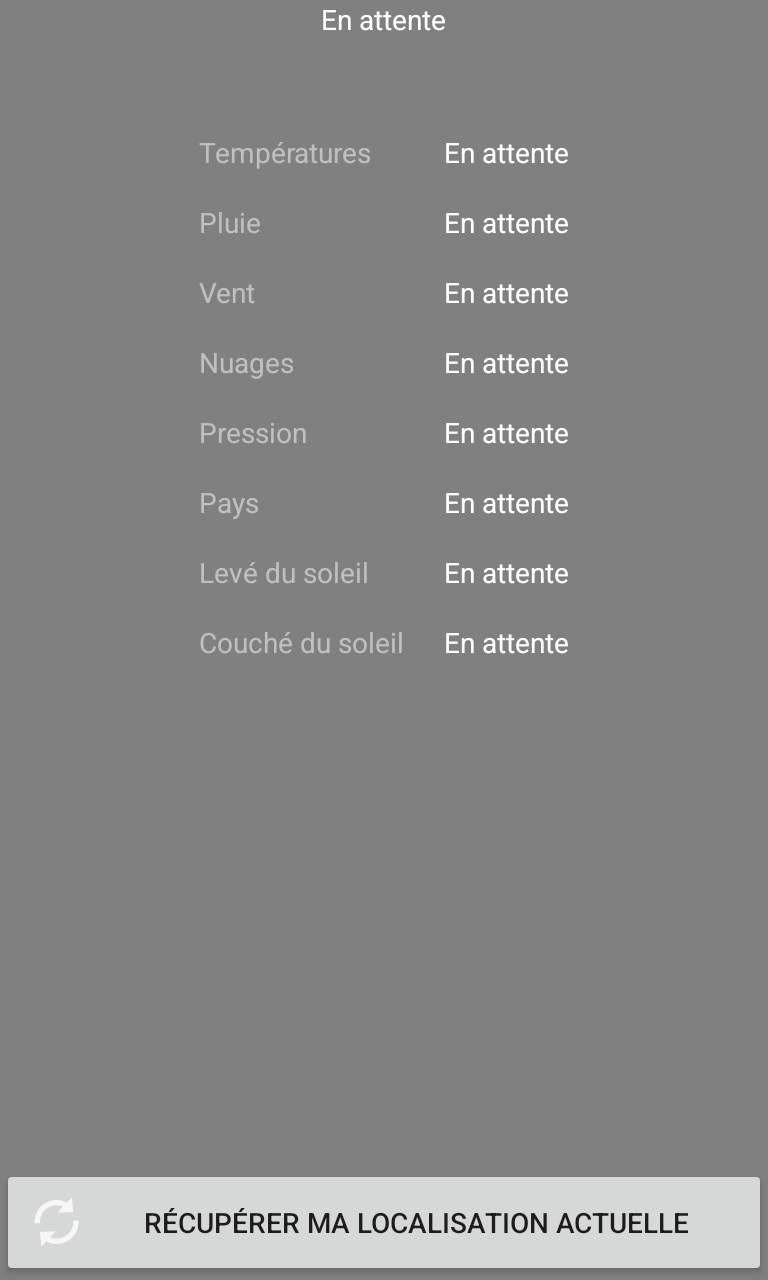
Repository: cpluuuusplus/WhoWantsKitKat
Layout: AppliPlus/res/layout/activity_meteo_principale.xml
The author's editor kept a copy of each file at every save. The layout is drawn from the files as they stood at one save, then again after the next save.
It is drawn on a 768 x 1280 px phone screen (xhdpi) without system bars, with theme Theme.AppCompat.Light; the app's code is not run.

Above is the layout before, as saved 2014-05-12 14:49:50.

### AppliPlus/res/layout/activity_meteo_principale.xml
<?xml version="1.0" encoding="utf-8"?>
<LinearLayout xmlns:android="http://schemas.android.com/apk/res/android"
    android:layout_width="match_parent"
    android:layout_height="match_parent"
    android:background="@color/gray"
    android:orientation="vertical" >

    <!-- Afficher les  informations météo -->


    <!-- <LinearLayout -->
    <!-- android:layout_width="match_parent" -->
    <!-- android:layout_height="wrap_content" -->
    <!-- android:layout_margin="5dp" -->
    <!-- android:layout_weight="0.30" -->
    <!-- android:background="@color/black_color" -->
    <!-- android:orientation="vertical" -->
    <!-- android:paddingBottom="5dp" -->
    <!-- android:paddingLeft="5dp" -->
    <!-- android:paddingRight="5dp" -->
    <!-- android:paddingTop="5dp" > -->


    <!-- Titre et ville -->

    <TextView
        android:id="@+id/afficher_localite_meteo"
        android:layout_width="wrap_content"
        android:layout_height="fill_parent"
        android:layout_gravity="center_horizontal"
        android:layout_weight="1"
        android:text="@string/to_be_defined"
        android:textColor="@color/white" />

    <!-- Info météo : temperature, pluie, vent, nuages -->

    <TableLayout
        android:layout_width="match_parent"
        android:layout_height="fill_parent"
        android:layout_gravity="fill_vertical"
        android:layout_weight="0.2" >

        <!-- température -->

        <TableRow
            android:id="@+id/row_meteo_temperature"
            android:layout_width="match_parent"
            android:layout_height="wrap_content"
            android:gravity="center_horizontal"
            android:padding="8dp" >

            <TextView
                android:id="@+id/desc_temp"
                android:layout_width="fill_parent"
                android:gravity="left"
                android:text="@string/meteo_tc"
                android:textColor="@color/silver" />

            <TextView
                android:id="@+id/info_temp"
                android:text="@string/to_be_defined"
                android:textColor="@color/white" />
        </TableRow>

        <!-- pluie -->

        <TableRow
            android:id="@+id/row_meteo_pluie"
            android:layout_width="match_parent"
            android:layout_height="wrap_content"
            android:gravity="center_horizontal"
            android:padding="8dp" >

            <TextView
                android:id="@+id/desc_pluie"
                android:layout_width="fill_parent"
                android:gravity="left"
                android:text="@string/meteo_rain"
                android:textColor="@color/silver" />

            <TextView
                android:id="@+id/info_pluie"
                android:layout_width="fill_parent"
                android:text="@string/to_be_defined"
                android:textColor="@color/white" />
        </TableRow>
        <!-- vent -->

        <TableRow
            android:id="@+id/row_meteo_vent"
            android:layout_width="match_parent"
            android:layout_height="wrap_content"
            android:gravity="center_horizontal"
            android:padding="8dp" >

            <TextView
                android:id="@+id/desc_vent"
                android:layout_width="fill_parent"
                android:gravity="left"
                android:text="@string/meteo_wind"
                android:textColor="@color/silver" />

            <TextView
                android:id="@+id/info_vent"
                android:layout_width="fill_parent"
                android:text="@string/to_be_defined"
                android:textColor="@color/white" />
        </TableRow>

        <!-- nuages -->

        <TableRow
            android:id="@+id/row_meteo_nuages"
            android:layout_width="match_parent"
            android:layout_height="wrap_content"
            android:gravity="center_horizontal"
            android:padding="8dp" >

            <TextView
                android:id="@+id/desc_nuages"
                android:layout_width="fill_parent"
                android:gravity="left"
                android:text="@string/meteo_clouds"
                android:textColor="@color/silver" />

            <TextView
                android:id="@+id/info_nuages"
                android:gravity="left"
                android:text="@string/to_be_defined"
                android:textColor="@color/white" />
        </TableRow>

        <!-- pression -->

        <TableRow
            android:id="@+id/row_pressure"
            android:layout_width="match_parent"
            android:layout_height="wrap_content"
            android:gravity="center_horizontal"
            android:padding="8dp" >

            <TextView
                android:id="@+id/desc_pressure"
                android:layout_width="fill_parent"
                android:gravity="left"
                android:text="@string/desc_pressure"
                android:textColor="@color/silver" />

            <TextView
                android:id="@+id/info_pressure"
                android:layout_width="fill_parent"
                android:gravity="left"
                android:text="@string/to_be_defined"
                android:textColor="@color/white" />
        </TableRow>

        <!-- pays -->

        <TableRow
            android:id="@+id/row_country"
            android:layout_width="match_parent"
            android:layout_height="wrap_content"
            android:gravity="center_horizontal"
            android:padding="8dp" >

            <TextView
                android:id="@+id/desc_country"
                android:gravity="left"
                android:text="@string/desc_country"
                android:textColor="@color/silver" />

            <TextView
                android:id="@+id/info_country"
                android:layout_width="fill_parent"
                android:gravity="left"
                android:text="@string/to_be_defined"
                android:textColor="@color/white" />
        </TableRow>

        <!-- sunrise -->

        <TableRow
            android:id="@+id/row_sunrise"
            android:layout_width="match_parent"
            android:layout_height="wrap_content"
            android:gravity="center_horizontal"
            android:padding="8dp" >

            <TextView
                android:id="@+id/desc_sunrise"
                android:layout_width="fill_parent"
                android:gravity="left"
                android:text="@string/desc_sunrise"
                android:textColor="@color/silver" />

            <TextView
                android:id="@+id/info_sunrise"
                android:layout_width="fill_parent"
                android:gravity="left"
                android:text="@string/to_be_defined"
                android:textColor="@color/white" />
        </TableRow>

        <!-- sunset -->

        <TableRow
            android:id="@+id/row_sunset"
            android:layout_width="match_parent"
            android:layout_height="wrap_content"
            android:gravity="center_horizontal"
            android:padding="8dp" >

            <TextView
                android:id="@+id/desc_sunset"
                android:layout_width="fill_parent"
                android:layout_marginRight="20dp"
                android:gravity="left"
                android:text="@string/desc_sunset"
                android:textColor="@color/silver" />

            <TextView
                android:id="@+id/info_sunset"
                android:layout_width="fill_parent"
                android:gravity="left"
                android:text="@string/to_be_defined"
                android:textColor="@color/white" />
        </TableRow>
    </TableLayout>
    <!-- </LinearLayout> -->


    <!-- Acceder à une localisation -->

    <Button
        android:id="@+id/meteo_recuperer_localite"
        android:layout_width="match_parent"
        android:layout_height="fill_parent"
        android:drawableLeft="@drawable/ic_action_refresh"
        android:layout_weight="1"
        android:onClick="recupererLocalisationAppareil"
        android:text="@string/get_localite" />

    <!-- <LinearLayout -->
    <!-- android:layout_width="wrap_content" -->
    <!-- android:layout_height="wrap_content" -->
    <!-- android:layout_margin="5dp" -->
    <!-- android:background="@color/black_color" -->
    <!-- android:orientation="horizontal" -->
    <!-- android:paddingBottom="5dp" -->
    <!-- android:paddingLeft="5dp" -->
    <!-- android:paddingRight="5dp" -->
    <!-- android:paddingTop="5dp" > -->


    <!-- <LinearLayout -->
    <!-- android:layout_width="wrap_content" -->
    <!-- android:layout_height="wrap_content" -->
    <!-- android:layout_margin="5dp" -->
    <!-- android:background="@color/black_color" -->
    <!-- android:orientation="vertical" -->
    <!-- android:paddingBottom="5dp" -->
    <!-- android:paddingLeft="5dp" -->
    <!-- android:paddingRight="5dp" -->
    <!-- android:paddingTop="5dp" > -->


    <!-- <TextView -->
    <!-- android:layout_width="wrap_content" -->
    <!-- android:layout_height="wrap_content" -->
    <!-- android:text="@string/desc_saisie_localite" -->
    <!-- android:textColor="@color/white" /> -->


    <!-- <EditText -->
    <!-- android:id="@+id/meteo_saisie_localite" -->
    <!-- android:layout_width="wrap_content" -->
    <!-- android:inputType="textCapWords" -->
    <!-- android:layout_height="wrap_content" -->
    <!-- android:hint="@string/saisir_localite" -->
    <!-- android:layout_gravity="center" -->
    <!-- android:textColor="@color/white" /> -->


    <!-- <Button -->
    <!-- android:id="@+id/meteo_valider_localite" -->
    <!-- android:layout_width="match_parent" -->
    <!-- android:layout_height="wrap_content" -->
    <!-- android:onClick="validerChoixLocalisationSaisi" -->
    <!-- android:text="@string/valider_localite" /> -->
    <!-- </LinearLayout> -->


    <!-- <Button -->
    <!-- android:id="@+id/meteo_recuperer_localite" -->
    <!-- android:layout_width="match_parent" -->
    <!-- android:layout_height="wrap_content" -->
    <!-- android:onClick="recupererLocalisationAppareil" -->
    <!-- android:text="@string/get_localite" /> -->
    <!-- </LinearLayout> -->

</LinearLayout>

### AppliPlus/res/values/colors.xml
<?xml version="1.0" encoding="utf-8"?>
<resources>

    <color name="black_color">#000</color>
    <color name="white">#FFFFFF</color>
    <color name="yellow">#FFFF00</color>
    <color name="fuchsia">#FF00FF</color>
    <color name="red">#FF0000</color>
    <color name="silver">#C0C0C0</color>
    <color name="gray">#808080</color>
    <color name="olive">#808000</color>
    <color name="purple">#800080</color>
    <color name="maroon">#800000</color>
    <color name="aqua">#00FFFF</color>
    <color name="lime">#00FF00</color>
    <color name="teal">#008080</color>
    <color name="green">#008000</color>
    <color name="blue">#0000FF</color>
    <color name="navy">#000080</color>

</resources>

### AppliPlus/res/values/strings.xml
<?xml version="1.0" encoding="utf-8"?>
<resources>

    <string name="app_name">Qui veut manger un KitKat ?</string>
    <string name="hello_world">Hello world!</string>
    <string name="nb_cours">%1$d cours viennent d\'être mis à jours</string>
    <string name="direct">Accès direct à pamplemousse viewer</string>
    <string name="refresh">Refresh</string>
    <string name="action_search">search</string>
    <string name="find_city">Rechercher une ville</string>

    <!-- Nom des menus ! -->

    <string name="home">Qui veut un KitKat ?</string>
    <string name="pamp_viewer">Accès à Pamplemousse</string>
    <string name="agenda_null">Première connection ? Renseignez vos identifiants, et synchroniser</string>
    <string name="url_error">Impossible de se connecter au serveur, veuillez vérifier vos identifiants et votre connection à internet</string>
    <string name="menu_pampl">Accès à Pamplemousse</string>
    <string name="connection">Accès à Pamplemousse</string>
    <string name="remote">Accès à Pamplemousse en ligne</string>
    <string name="pampl_desc">Emploi du temps, mails,...</string>
    <string name="geo">Accés au service de Géolocalisation</string>
    <string name="geo_desc">Géolocalisation</string>
    <string name="meteo">Accés au service Météo</string>
    <string name="meteo_desc">À</string>
    <string name="meteo_tc">Températures</string>
    <string name="meteo_wind">Vent</string>
    <string name="meteo_rain">Pluie</string>
    <string name="meteo_clouds">Nuages</string>
    <string name="valider_localite">Valider</string>
    <string name="desc_country">Pays</string>
    <string name="desc_sunrise">Levé du soleil</string>
    <string name="desc_sunset">Couché du soleil</string>
    <string name="desc_pressure">Pression</string>


    <!-- Cas non défini -->

    <string name="to_be_defined">En attente</string>

    <!-- Test login -->

    <string name="menu_settings">Settings</string>
    <string name="title_activity_main">MainActivity</string>
    <string name="image_content_description">Un Android avec un chien</string>
    <string name="login">S\'identifier</string>
    <string name="email">Id utilisateur</string>
    <string name="password">Mot de passe</string>
    <string name="connect">Se connecter</string>
    <string name="get_localite">Récupérer ma localisation actuelle</string>
    <string name="saisir_localite">Saisir une ville ici</string>
    <string name="desc_saisie_localite">Vous pouvez saisir une localité</string>
    <string name="temp">Ce champ doit etre rempli</string>
    <string name="geoloc_osm">Géolocationsation par OSM/OCM</string>

</resources>

After the next save:
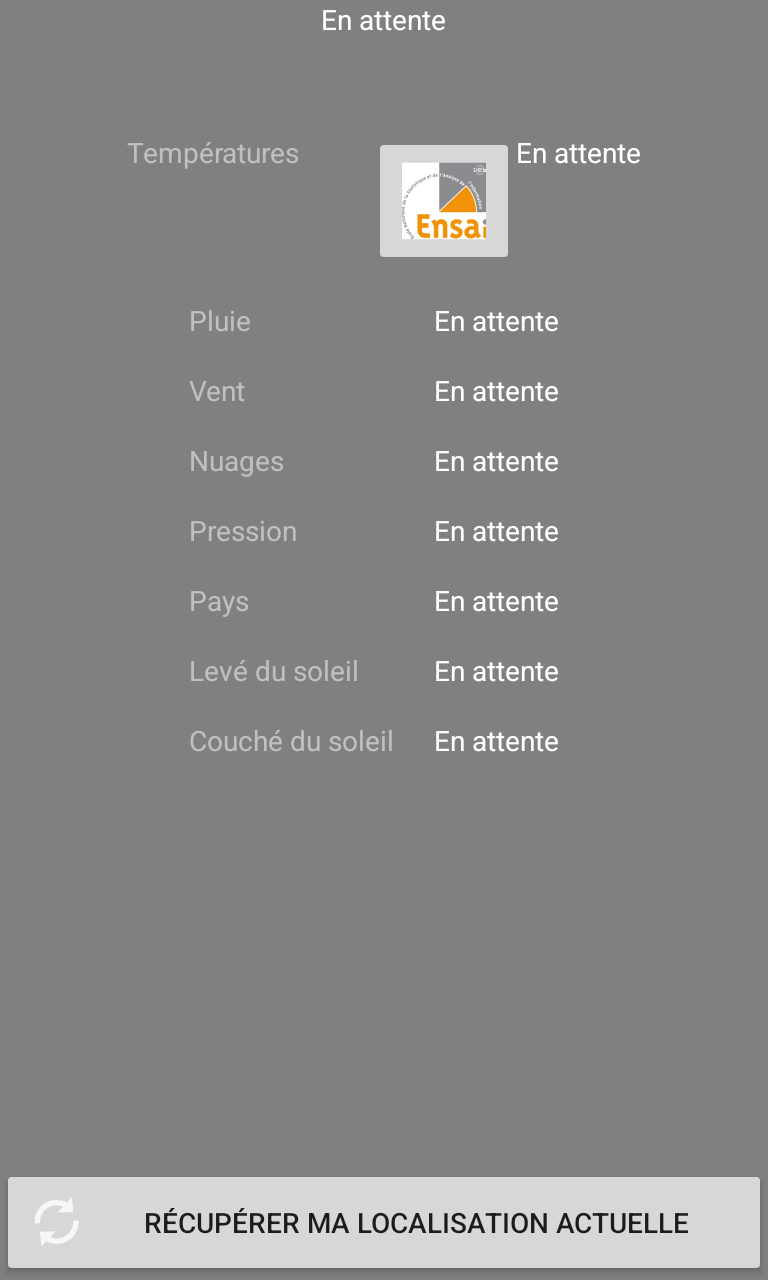
Saved 4 s later.
--- a/AppliPlus/res/layout/activity_meteo_principale.xml
+++ b/AppliPlus/res/layout/activity_meteo_principale.xml
@@ -56,6 +56,12 @@
                 android:text="@string/meteo_tc"
                 android:textColor="@color/silver" />
 
+            <ImageButton
+                android:id="@+id/imageButton1"
+                android:layout_width="wrap_content"
+                android:layout_height="wrap_content"
+                android:src="@drawable/ensai" />
+
             <TextView
                 android:id="@+id/info_temp"
                 android:text="@string/to_be_defined"

After the save that followed:
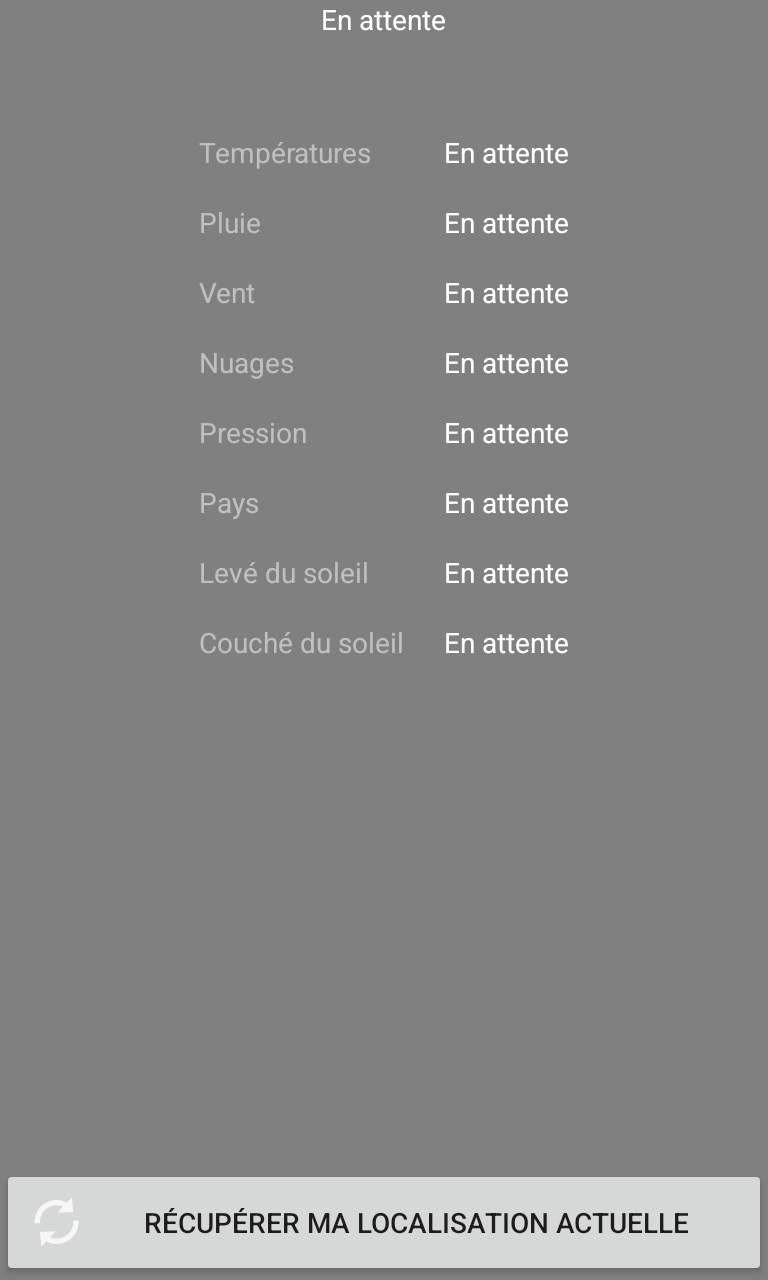
Saved 40 s later.
--- a/AppliPlus/res/layout/activity_meteo_principale.xml
+++ b/AppliPlus/res/layout/activity_meteo_principale.xml
@@ -56,12 +56,6 @@
                 android:text="@string/meteo_tc"
                 android:textColor="@color/silver" />
 
-            <ImageButton
-                android:id="@+id/imageButton1"
-                android:layout_width="wrap_content"
-                android:layout_height="wrap_content"
-                android:src="@drawable/ensai" />
-
             <TextView
                 android:id="@+id/info_temp"
                 android:text="@string/to_be_defined"
@@ -241,8 +235,8 @@
         android:id="@+id/meteo_recuperer_localite"
         android:layout_width="match_parent"
         android:layout_height="fill_parent"
+        android:layout_weight="1"
         android:drawableLeft="@drawable/ic_action_refresh"
-        android:layout_weight="1"
         android:onClick="recupererLocalisationAppareil"
         android:text="@string/get_localite" />
 
